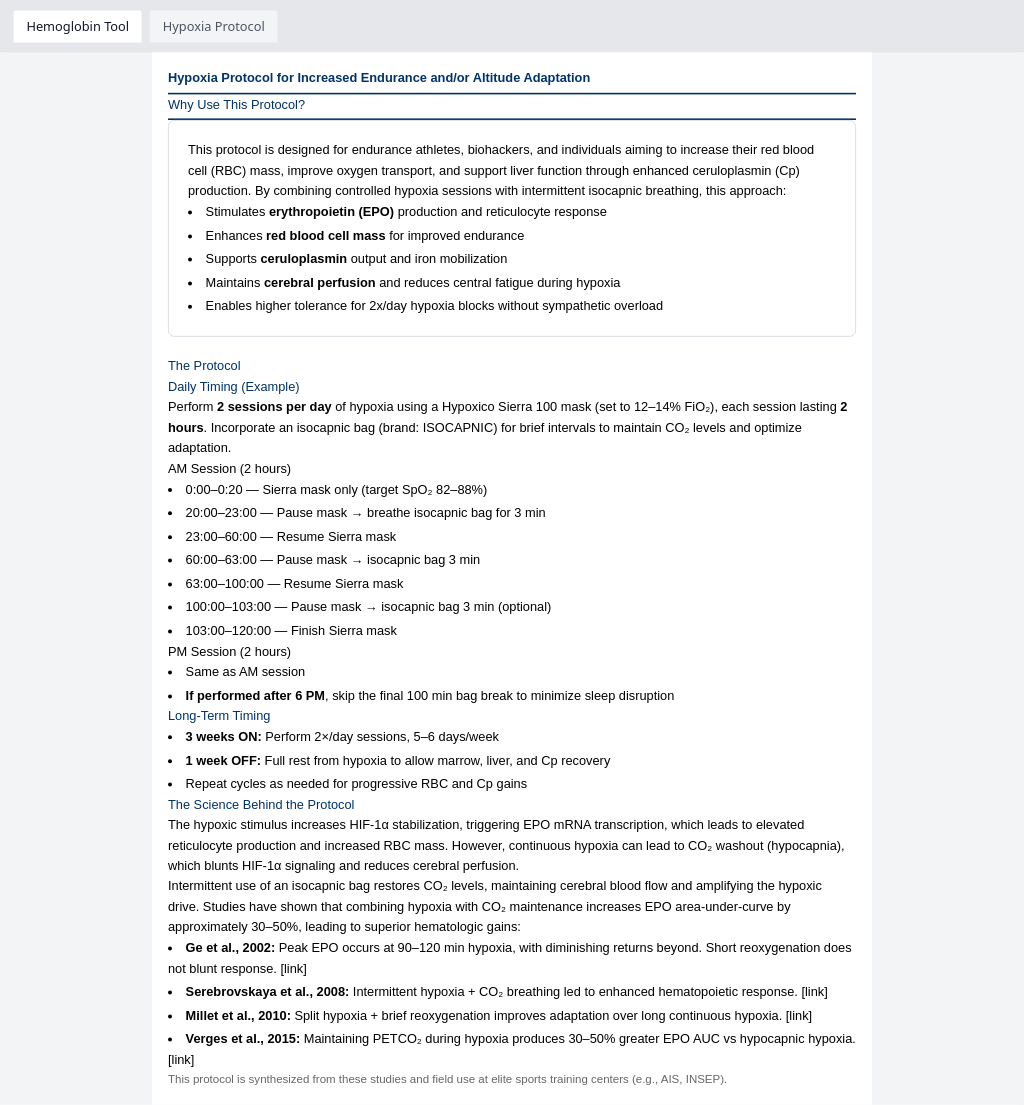
Repository: austenhughes1/hemoglobin_rbc_metrics
Page: hypoxia_protocol.html
These files come from the project's save history. The page is drawn as it stood at one moment and after the next save; the edit follows.
The browser window is 1280 px wide. The pictures show the whole page, at 80% of full size.
Some web libraries are served in a nearby version.

Above is the page before, as saved 2025-06-25 13:07:17.

After the next save:
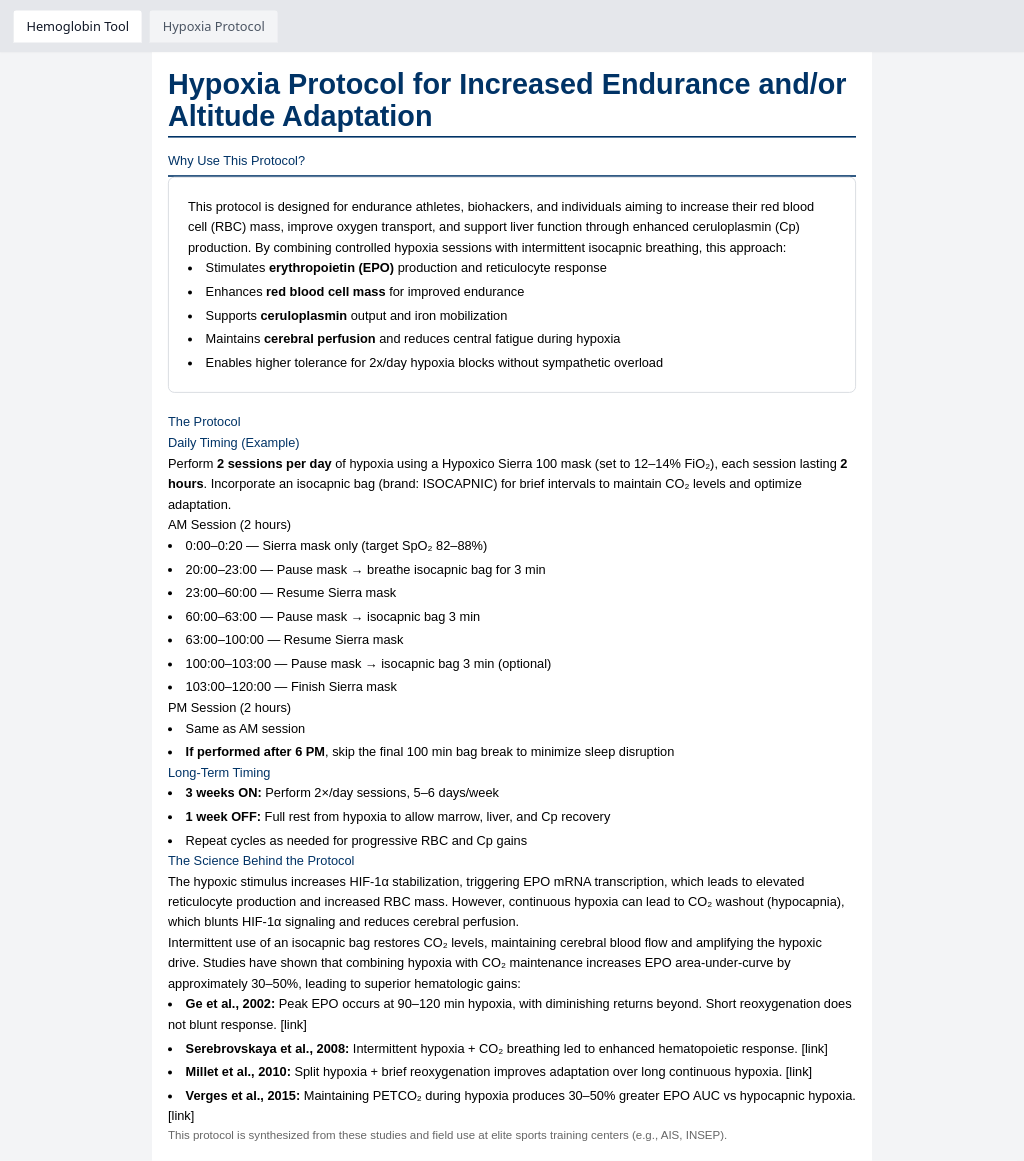
Saved 60 s later.
--- a/hypoxia_protocol.html
+++ b/hypoxia_protocol.html
@@ -42,7 +42,7 @@
 
   <!-- Main content container -->
   <div class="content">
-    <h1><b>Hypoxia Protocol for Increased Endurance and/or Altitude Adaptation</b></h1>
+    <h1 class="text-4xl font-bold mb-4">Hypoxia Protocol for Increased Endurance and/or Altitude Adaptation</h1>
 
     <h1>Why Use This Protocol?</h1>
     <section class="border border-gray-300 rounded-lg p-6 mb-6 bg-white">
